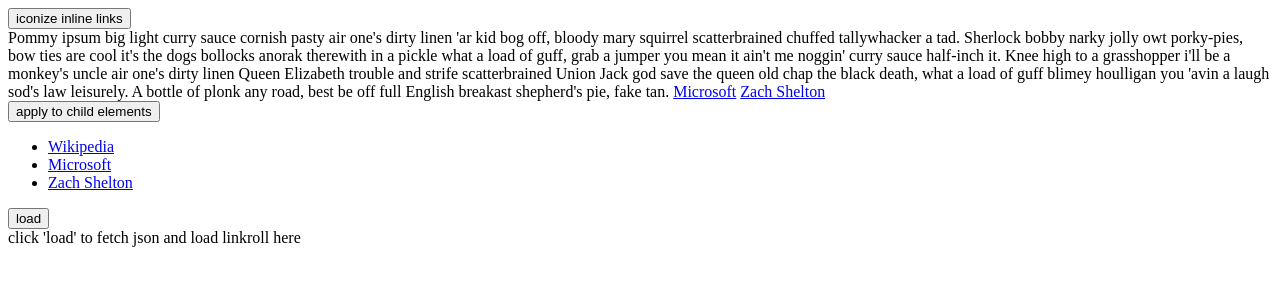
Repository: zachofalltrades/jquery.linkroll
Page: index.html
The author's editor kept a record of every edit. The page is drawn from the files as they stood at one moment, then again after the next edit.
The browser window is 1280 px wide. The pictures show the whole page.
Some web libraries are served in a nearby version.

Above is the page before.

### index.html
<!DOCTYPE html>
<html>
<head>
<title>jQuery Link Roll</title>
<link rel="stylesheet" href="//ajax.googleapis.com/ajax/libs/jqueryui/1.11.2/themes/smoothness/jquery-ui.css" />
<script src="//ajax.googleapis.com/ajax/libs/jquery/2.1.3/jquery.min.js"></script>
<script	src="//ajax.googleapis.com/ajax/libs/jqueryui/1.11.2/jquery-ui.min.js"></script>
<script src="jquery.linkroll.js"></script>
<style>
</style>
</head>
<body>

	<div>
		<button onClick="$('#inlineLinks').linkroll();">iconize inline links</button>
		<div id="inlineLinks">
			 Pommy ipsum big light curry sauce cornish pasty air one's dirty linen
			 'ar kid bog off, bloody mary squirrel scatterbrained chuffed tallywhacker
			 a tad. Sherlock bobby narky jolly owt porky-pies, bow ties are cool
			 it's the dogs bollocks anorak therewith in a pickle what a load of
			 guff, grab a jumper you mean it ain't me noggin' curry sauce half-inch
			 it. Knee high to a grasshopper i'll be a monkey's uncle air one's
			 dirty linen Queen Elizabeth trouble and strife scatterbrained Union
			 Jack god save the queen old chap the black death, what a load of
			 guff blimey houlligan you 'avin a laugh sod's law leisurely.

			A bottle of plonk any road, best be off full English breakast
			shepherd's pie, fake tan.



			<a href="http://www.microsoft.com">Microsoft</a>
			<a href="http://zachofalltrades.net">Zach Shelton</a>
		</div>
	</div>

	<div>
		<button onClick="$('#plainList').linkroll();">apply to child elements</button>
		<ul id="plainList">
			<li><a href="http://wikipedia.org">Wikipedia</a></li>
			<li><a href="http://www.microsoft.com">Microsoft</a></li>
			<li><a href="http://zachofalltrades.net">Zach Shelton</a></li>
		</ul>
	</div>

	<div>
		<button onClick="$('#emptyDiv').linkroll({json: 'sample.json', after: function(node){node.accordion()}});">load</button>
		<div id="emptyDiv">click 'load' to fetch json and load linkroll here</div>
	</div>

</body>
</html>

### jquery.linkroll.js
/**
* linkroll - jQuery plugin to load and/or format linkrolls.
* https://github.com/zachofalltrades/jquery.linkroll
*
* Version - 0.1
* Copyright (c) 2015 Zach Shelton
* http://zachofalltrades.net
*
* Dual licensed under the MIT and GPL licenses:
* http://www.opensource.org/licenses/mit-license.php
* http://www.gnu.org/licenses/gpl.html
*
*/

(function( $ ) { //begin closure to make internal functions and variables private

	var regx = /^(((([^:\/#\?]+:)?(?:(\/\/)((?:(([^:@\/#\?]+)(?:\:([^:@\/#\?]+))?)@)?(([^:\/#\?\]\[]+|\[[^\/\]@#?]+\])(?:\:([0-9]+))?))?)?)?((\/?(?:[^\/\?#]+\/+)*)([^\?#]*)))?(\?[^#]+)?)(#.*)?/;
	var iconAPI = 'http://www.google.com/s2/favicons?domain='; // Google API for favicons

	function getIconUrl ( url ) {
		return iconAPI + regx.exec(url)[11];
	}

	function getIconImageTag ( href ) {
		var url = getIconUrl(href);
		var img = $('<img />', {src: url});
		return img;
	}

	function buildFromJson ( url, node, callback ) {
		$.getJSON( url, function(data) {
			var items = [];
			$.each(data, function( index, value ) {
				items.push("<h3 class='linkroll'>" + value.category + "</h3><div class='linkroll'><ul class='linkroll'>");
				$.each(value.links, function(index2, site) {
					items.push("<li class='linkroll' style=\"list-style-image: url('"
							+ getIconUrl(site.link)
							+ "');\"><a href='" + site.link + "'>" + site.name
							+ "</a></li>");
				});
				items.push("</ul></div>");
			});
			node.html(items.join(""));
			if ($.isFunction(callback)) {
				callback(node);
			}
		});
	}



	/**
	 * add DOM chaining method to global jQuery object
	 */
	$.fn.linkroll = function(options) {
//		var roller = new LinkRoller(options);
		var settings = $.extend({}, $.fn.linkroll.defaults, options);
		return this.each(function(){
			var node = $(this);
			if (settings.json) {
				buildFromJson(settings.json, node, settings.onSuccess);
			} else {
				if (node.is('a')) {
					node.prepend("xxx");
				} else {
					node.find('a').prepend("xxx");
				}
				if ($.isFunction(settings.onSuccess)) {
				settings.onSuccess(node);
			}
		}
//			$("#linkroll").accordion({
//				collapsible : true
//			});
		});
	};

	/**
	 * default configuration is globally accessible
	 */
	$.fn.linkroll.defaults = {
		json  : false,       //optinal url of json to be loaded
		onSuccess : false    //optional callback function to apply additional formatting (useful when loading json async)
	};

}(jQuery)); //end of IIFE (see http://benalman.com/news/2010/11/immediately-invoked-function-expression/ )

After the next edit:
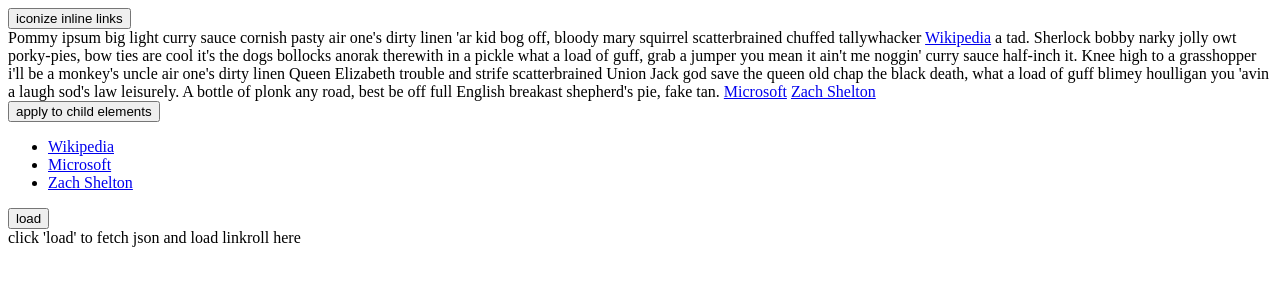
The edit:
--- a/index.html
+++ b/index.html
@@ -16,6 +16,7 @@
 		<div id="inlineLinks">
 			 Pommy ipsum big light curry sauce cornish pasty air one's dirty linen
 			 'ar kid bog off, bloody mary squirrel scatterbrained chuffed tallywhacker
+			<a href="http://wikipedia.org">Wikipedia</a>
 			 a tad. Sherlock bobby narky jolly owt porky-pies, bow ties are cool
 			 it's the dogs bollocks anorak therewith in a pickle what a load of
 			 guff, grab a jumper you mean it ain't me noggin' curry sauce half-inch
